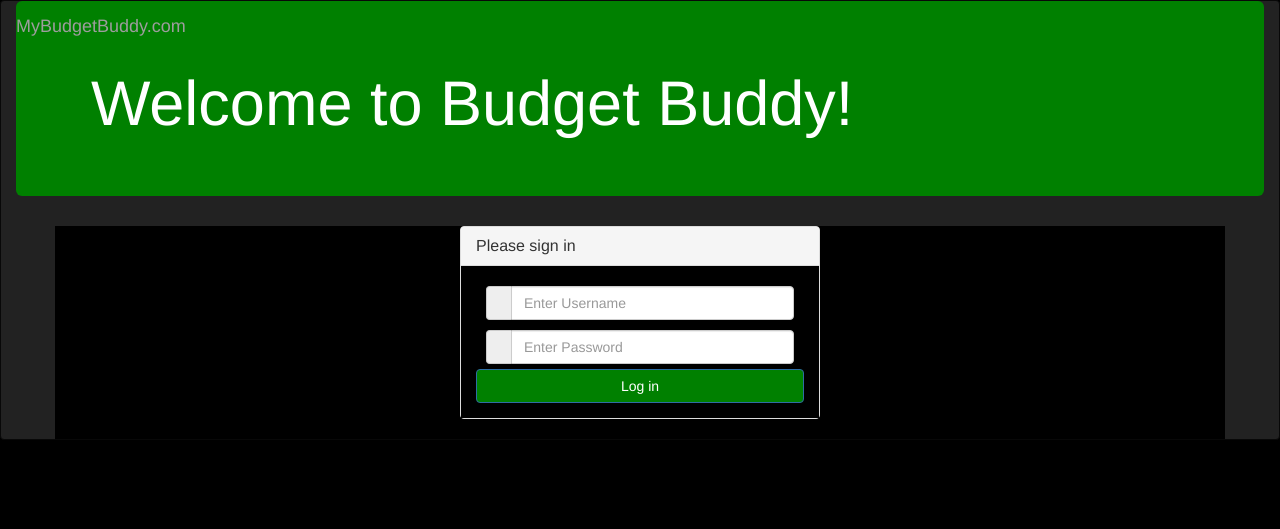
Repository: jdfost1/BudgetBuddy
Page: http://localhost/budgetbuddy/login
The author's editor kept a copy of each file at every save. The page is drawn from the files as they stood at one save, then again after the next save.
The browser window is 1280 px wide. The pictures show the whole page.
Some web libraries are served in a nearby version. The page is served by Tomcat 9.

Above is the page before, as saved 2018-10-09 06:47:07.

After the next save:
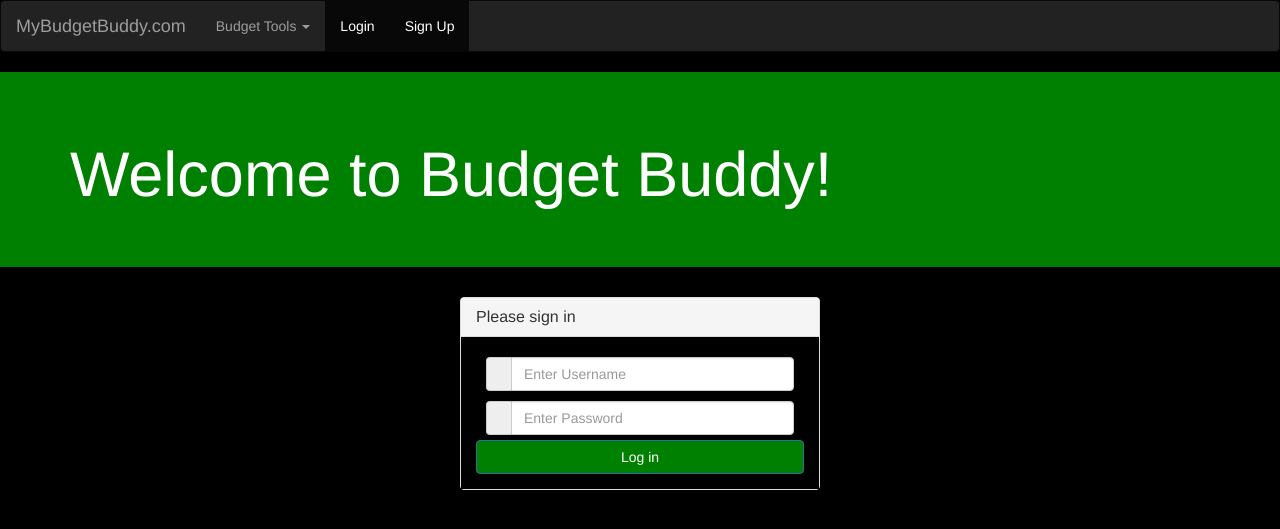
Saved 82 s later.
--- a/budgetbuddy/src/main/webapp/WEB-INF/jsp/login.jsp
+++ b/budgetbuddy/src/main/webapp/WEB-INF/jsp/login.jsp
@@ -41,6 +41,30 @@ background-color:green;}
     <div class="navbar-header">
       <a class="navbar-brand" href="welcome.html">MyBudgetBuddy.com</a>
     </div>
+    <ul class="nav navbar-nav">
+
+
+      <li class="dropdown">
+          <a class="dropdown-toggle" data-toggle="dropdown" href="#">Budget Tools
+          <span class="caret"></span></a>
+          <ul class="dropdown-menu">
+              <li><a href="quickBudget.html">Quick Budget</a></li>
+              <li><a href="401k.html">401k Calculator</a></li>
+              <li><a href="compoundInterest.html">Compound Interest Calculator</a></li>
+              </ul></li>
+
+
+                <li class="active">
+          <a  href="login.html">Login
+         </a>
+          </li>
+               <li class="active">
+          <a  href="signup.html">Sign Up
+         </a>
+          </li>
+    </ul>
+  </div>
+</nav>
    <section>
       <div id="jumbo"class="jumbotron">
          <div id="head1"class="container">
